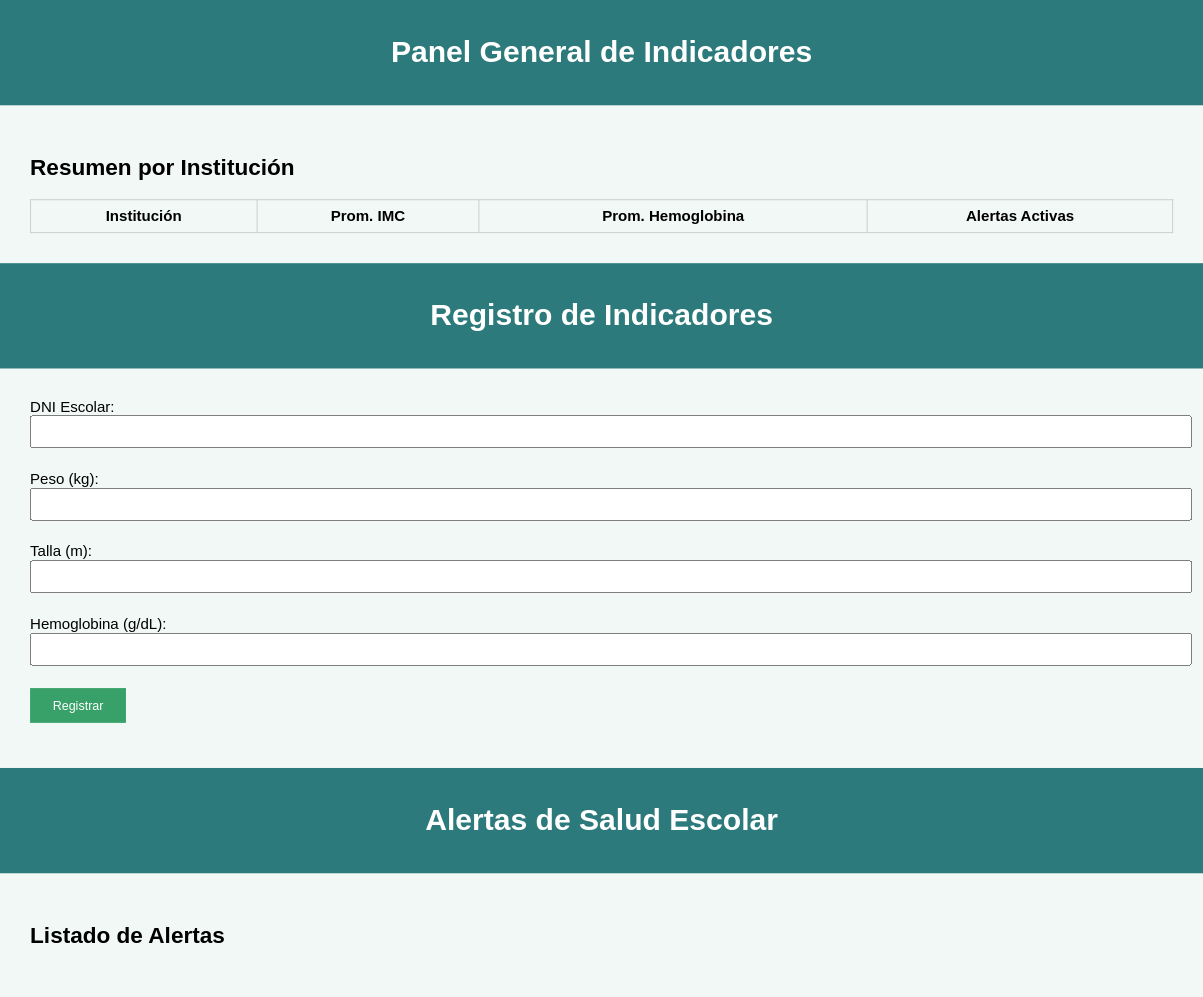
Repository: Eduardoaguic/control-salud-escolar
Page: index.html
An editor plug-in stored every save of this project. The page is shown before and after the next save, followed by the edit.
The browser window is 1280 px wide. The pictures show the whole page, at 94% of full size.

Above is the page before, as saved 2025-05-19 22:44:42.

### index.html
<!-- PANTALLA 1: Panel Principal del Profesional de Salud -->
<!DOCTYPE html>
<html lang="es">
<head>
  <meta charset="UTF-8">
  <title>Panel de Salud Escolar</title>
  <link rel="stylesheet" href="styles.css">
</head>
<body>
  <header>
    <h1>Panel General de Indicadores</h1>
  </header>
  <main>
    <section id="resumen">
      <h2>Resumen por Institución</h2>
      <table>
        <thead>
          <tr>
            <th>Institución</th>
            <th>Prom. IMC</th>
            <th>Prom. Hemoglobina</th>
            <th>Alertas Activas</th>
          </tr>
        </thead>
        <tbody id="tablaResumen">
          <!-- Datos generados dinámicamente -->
        </tbody>
      </table>
    </section>
  </main>
  <script src="script.js"></script>
</body>
</html>

<!-- PANTALLA 2: Registro de Indicadores de Salud -->
<!DOCTYPE html>
<html lang="es">
<head>
  <meta charset="UTF-8">
  <title>Registrar Indicador de Salud</title>
  <link rel="stylesheet" href="styles.css">
</head>
<body>
  <header>
    <h1>Registro de Indicadores</h1>
  </header>
  <main>
    <form id="formIndicador">
      <label>DNI Escolar:
        <input type="text" id="dni" required>
      </label>
      <label>Peso (kg):
        <input type="number" step="0.1" id="peso" required>
      </label>
      <label>Talla (m):
        <input type="number" step="0.01" id="talla" required>
      </label>
      <label>Hemoglobina (g/dL):
        <input type="number" step="0.1" id="hemoglobina" required>
      </label>
      <button type="submit">Registrar</button>
    </form>
    <p id="resultado"></p>
  </main>
  <script src="script.js"></script>
</body>
</html>

<!-- PANTALLA 3: Visualización de Alertas -->
<!DOCTYPE html>
<html lang="es">
<head>
  <meta charset="UTF-8">
  <title>Alertas de Salud</title>
  <link rel="stylesheet" href="styles.css">
</head>
<body>
  <header>
    <h1>Alertas de Salud Escolar</h1>
  </header>
  <main>
    <section id="alertas">
      <h2>Listado de Alertas</h2>
      <ul id="listaAlertas">
        <!-- Alertas se listarán aquí -->
      </ul>
    </section>
  </main>
  <script src="script.js"></script>
</body>
</html>

### styles.css
body {
    font-family: Arial, sans-serif;
    margin: 0;
    padding: 0;
    background-color: #f1f8f5;
  }

  header {
    background-color: #2c7a7b;
    color: white;
    padding: 1rem;
    text-align: center;
  }

  main {
    padding: 2rem;
  }

  form label {
    display: block;
    margin-bottom: 0.5rem;
  }

  form input {
    width: 100%;
    padding: 0.5rem;
    margin-bottom: 1rem;
  }

  button {
    padding: 0.7rem 1.5rem;
    background-color: #38a169;
    color: white;
    border: none;
    cursor: pointer;
  }

  button:hover {
    background-color: #2f855a;
  }

  table {
    width: 100%;
    border-collapse: collapse;
    margin-top: 1rem;
  }

  table, th, td {
    border: 1px solid #ccc;
  }

  th, td {
    padding: 0.5rem;
    text-align: center;
  }

### script.js
document.addEventListener('DOMContentLoaded', () => {
    const form = document.getElementById('formIndicador');
    if (form) {
      form.addEventListener('submit', (e) => {
        e.preventDefault();
        const peso = parseFloat(document.getElementById('peso').value);
        const talla = parseFloat(document.getElementById('talla').value);
        const hemoglobina = parseFloat(document.getElementById('hemoglobina').value);

        const imc = peso / (talla * talla);
        let alerta = '';

        if (imc < 18) alerta += 'IMC bajo. ';
        if (hemoglobina < 11) alerta += 'Riesgo de anemia.';

        document.getElementById('resultado').textContent = `IMC calculado: ${imc.toFixed(2)}. ${alerta}`;

        // Aquí se podría agregar una llamada a backend con fetch()
      });
    }
  });

After the next save:
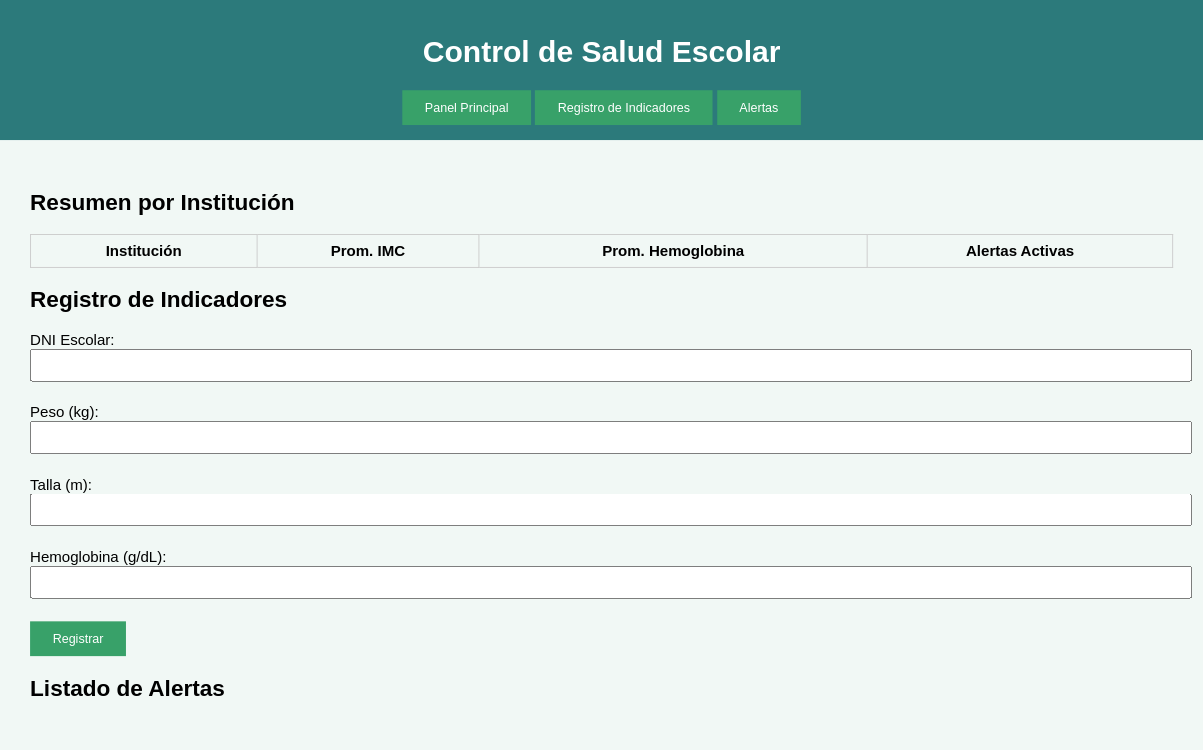
Saved 5 min 20 s later.
--- a/index.html
+++ b/index.html
@@ -1,17 +1,24 @@
-<!-- PANTALLA 1: Panel Principal del Profesional de Salud -->
 <!DOCTYPE html>
 <html lang="es">
 <head>
   <meta charset="UTF-8">
-  <title>Panel de Salud Escolar</title>
+  <title>Salud Escolar - Panel General</title>
   <link rel="stylesheet" href="styles.css">
+  <script src="script.js" defer></script>
 </head>
 <body>
   <header>
-    <h1>Panel General de Indicadores</h1>
+    <h1>Control de Salud Escolar</h1>
+    <nav>
+      <button onclick="mostrarSeccion('panel')">Panel Principal</button>
+      <button onclick="mostrarSeccion('registro')">Registro de Indicadores</button>
+      <button onclick="mostrarSeccion('alertas')">Alertas</button>
+    </nav>
   </header>
+
   <main>
-    <section id="resumen">
+    <!-- Sección: Panel Principal -->
+    <section id="panel" class="seccion visible">
       <h2>Resumen por Institución</h2>
       <table>
         <thead>
@@ -27,65 +34,35 @@
         </tbody>
       </table>
     </section>
-  </main>
-  <script src="script.js"></script>
-</body>
-</html>
 
-<!-- PANTALLA 2: Registro de Indicadores de Salud -->
-<!DOCTYPE html>
-<html lang="es">
-<head>
-  <meta charset="UTF-8">
-  <title>Registrar Indicador de Salud</title>
-  <link rel="stylesheet" href="styles.css">
-</head>
-<body>
-  <header>
-    <h1>Registro de Indicadores</h1>
-  </header>
-  <main>
-    <form id="formIndicador">
-      <label>DNI Escolar:
-        <input type="text" id="dni" required>
-      </label>
-      <label>Peso (kg):
-        <input type="number" step="0.1" id="peso" required>
-      </label>
-      <label>Talla (m):
-        <input type="number" step="0.01" id="talla" required>
-      </label>
-      <label>Hemoglobina (g/dL):
-        <input type="number" step="0.1" id="hemoglobina" required>
-      </label>
-      <button type="submit">Registrar</button>
-    </form>
-    <p id="resultado"></p>
-  </main>
-  <script src="script.js"></script>
-</body>
-</html>
+    <!-- Sección: Registro de Indicadores -->
+    <section id="registro" class="seccion">
+      <h2>Registro de Indicadores</h2>
+      <form id="formIndicador">
+        <label>DNI Escolar:
+          <input type="text" id="dni" required>
+        </label>
+        <label>Peso (kg):
+          <input type="number" step="0.1" id="peso" required>
+        </label>
+        <label>Talla (m):
+          <input type="number" step="0.01" id="talla" required>
+        </label>
+        <label>Hemoglobina (g/dL):
+          <input type="number" step="0.1" id="hemoglobina" required>
+        </label>
+        <button type="submit">Registrar</button>
+      </form>
+      <p id="resultado"></p>
+    </section>
 
-<!-- PANTALLA 3: Visualización de Alertas -->
-<!DOCTYPE html>
-<html lang="es">
-<head>
-  <meta charset="UTF-8">
-  <title>Alertas de Salud</title>
-  <link rel="stylesheet" href="styles.css">
-</head>
-<body>
-  <header>
-    <h1>Alertas de Salud Escolar</h1>
-  </header>
-  <main>
-    <section id="alertas">
+    <!-- Sección: Alertas -->
+    <section id="alertas" class="seccion">
       <h2>Listado de Alertas</h2>
       <ul id="listaAlertas">
         <!-- Alertas se listarán aquí -->
       </ul>
     </section>
   </main>
-  <script src="script.js"></script>
 </body>
 </html>
